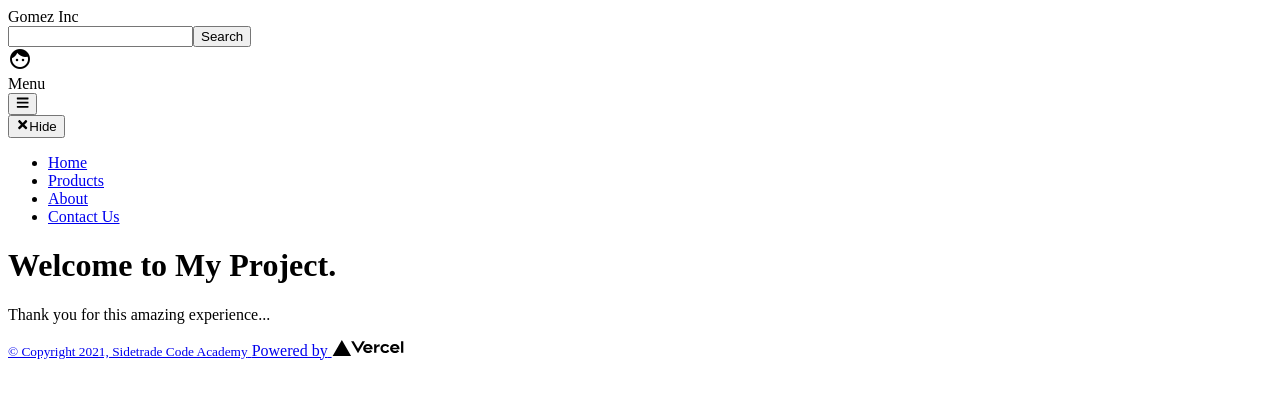
Repository: olajameze/code-academy-next-app
Page: /
An editor plug-in stored every save of this project. The page is shown before and after the next save, followed by the edit.
The browser window is 1280 px wide. The pictures show the whole page.
The page's requests for data from a server got no answer. The project was rebuilt for these pictures with package versions that can differ from the ones it lists, and the page was loaded fresh each time. The framework's server and built-in components were replaced by stand-ins that run in the browser. No one was signed in, and anything a server would have sent is missing. Also part of the build but not shown: next.config.js, components/product.tsx.

Above is the page before, as saved 2021-09-23 00:41:35.

### pages/_app.tsx
import "tailwindcss/tailwind.css";
import Head from "next/head";
import type { AppProps } from "next/app";
import React from "react";
import Layout from "../components/layout";


function MyApp({ Component, pageProps }: AppProps) {
  return (
    <>
      <Head>
        <title>Sidetrade Next Template</title>
        <meta name="description" content="Generated by create next app" />
        <link rel="icon" href="/favicon.ico" />
        <link
          href="https://fonts.googleapis.com/icon?family=Material+Icons"
          rel="stylesheet"
        />
      </Head>

      <Layout>

        <Component {...pageProps} />
      </Layout>
    </>
  );
}

export default MyApp;

### pages/index.tsx
import classNames from "classnames";
import Head from "next/head";
import Image from "next/image";
import Product from "../components/product";
import { useEffect, useState } from "react";
import { IProduct } from "../models/product";

export default function Home() {
  const [products, setProducts] = useState<IProduct[]>([]);
  useEffect(() => {
    const fetchProducts = async () => {
      const res = await (await fetch(`api/products`)).json();
      setProducts(res);
    };
    fetchProducts();
  }, []);
  return (
    <div className="min-h-screen flex flex-col justify-center items-center">
      <Head>
        <title>Sidetrade Next Template</title>
        <meta name="description" content="Generated by create next app" />
        <link rel="icon" href="/favicon.ico" />
        <link
          href="https://fonts.googleapis.com/icon?family=Material+Icons"
          rel="stylesheet"
        />
      </Head>

      <main className="py-20 flex flex-col flex-1 justify-center items-center bg-purple-300">
        <h1 className="m-0 leading-snug text-6xl text-center">
          Welcome to My Project.{" "}
          <a
            className="text-blue-600 no-underline hover:underline focus:underline"
            href="https://nextjs.org"
          >
          </a>
        </h1>

        <p className="leading-normal text-2xl text-center">
          Thank you for this amazing experience...

        </p>

        <div className="mt-10 flex flex-wrap flex-col sm:flex-row w-full justify-center items-center">
          {products.map((p, i) => (
            <Product key={p.id} {...p} />
          ))}
        </div>
      </main>

      <footer className="w-full h-24 flex justify-center items-center bg-purple-500 border-t border-solid border-gray-200 position-fixed-absolute bottom-0 sticky top-0 flex">
        <a
          className="flex flex-1 justify-center items-center"
          href="https://vercel.com?utm_source=create-next-app&utm_medium=default-template&utm_campaign=create-next-app"
          target="_blank"
          rel="noopener noreferrer"
        >
          <small>&copy; Copyright 2021, Sidetrade Code Academy</small>{" "}

          Powered by{" "}

          <span className="h-4 ml-2">
            <Image src="/vercel.svg" alt="Vercel Logo" width={72} height={16} />
          </span>
        </a>
      </footer>
    </div>
  );
}

### components/layout.tsx
import Header from "./header";
import Navbar from "./sidebar";
import footer from "./footer";
const Layout: React.FC = ({ children }) => {
  return (
    <div className="flex flex-col min-h-screen">
      <Header />
      <div className="flex">
        <Navbar />
        <div className="flex">
          <footer />
          <div className="items-center justify-center">
            {children}
          </div>
        </div>
      </div>
    </div>
  );
};

export default Layout;

### components/header.tsx
import React from "react";

const Header: React.FC = ({ children }) => {
  return (
    <header
      className="h-20 px-10 text-bold bg-purple-600 opacity-0.5 text-white w-full text-center sticky top-0 flex items-center justify-between"
    >
      <span>Gomez Inc</span>

      <form>
        <input className="text-gray-600 focus-within:text-gray-600 rounded-full border border-transparent focus:outline-none focus:ring-2 focus:ring-purple-600 focus:border-transparent ..." />

        <button className="rounded-full border-4 border-opacity-50 border-indigo-500 br-opacity-50 bg-blue-400 hover:bg-purple-700 focus:outline-none focus:ring-2 focus:ring-purple-600 focus:ring-opacity-50 ...">
          Search
        </button>
      </form>

      <div className="h-10 w-10 bg-white rounded-full flex items-center justify-center text-blue-600 ">
        <span className="material-icons items-center">face</span>
      </div>

    </header>

  );
};

export default Header;

### components/sidebar.tsx

import React from 'react';
import { useState } from 'react';
import * as FaIcons from "react-icons/fa"

// import {
//     Nav,
//     NavLink,
//     Bars,
//     NavMenu,
//     NavBtn,
//     NavBtnLink,
// } from './NavbarElements';

//the behavour on the lhs of the colon is the the active behavour. line 27
//the term on the right is the default standard behavour.

const Navbar = () => {

    const [sidebar, setSidebar] = useState(false);

    const showSidebar = () => setSidebar(!sidebar);
    return (
        <div className="">



            <div className={sidebar ? 'active transform translate-x-0' : 'transform -translate-x-0'}>
                <div className="flex  space-x=8">
                    <div className="bg-purple-400 w-40 max-h-screen flex flex-col">
                        <div className="transition transform hover:-translate-y-1 motion-reduce:transition-none flex cursor-pointer rounded-full py-3 px-6 border-double border-4 border-blue-500 border-opacity-45 bg-red-500-opacity-75 hover:bg-blue-700 focus:outline-none focus:ring-2">
                            <div>
                                Menu
                            </div>

                            <button>
                                <FaIcons.FaBars onClick={showSidebar} />
                            </button>
                        </div>


                        <div className="transition transform hover:-translate-y-1 motion-reduce:transition-none flex cursor-pointer rounded-full py-3 px-6 border-double border-4 border-blue-500 border-opacity-45 bg-red-500-opacity-75 hover:bg-blue-700 focus:out</div>line-none focus:ring-2">
                            <button>
                                <FaIcons.FaTimes onClick={() => setShow(false)} />Hide
                            </button>
                        </div>

                        <div className="font-normal md:font-bold rounded-md bg-red-500-opacity-75 border-solid border-4 border-blue-500 border-opacity-25 hover:bg-purple-500 text-center truncate text-white no-underline hover:underline">
                            <ul>
                                <li><a href="#home">Home</a></li>
                                <li><a href="#products">Products</a></li>
                                <li><a href="#about">About</a></li>
                                <li><a href="#contact">Contact Us</a></li>
                            </ul>
                        </div>
                    </div>
                </div>
            </div>
        </div>

    );
};

export default Navbar;

function setShow(arg0: boolean): void {
    throw new Error('Function not implemented.');
}

After the next save:
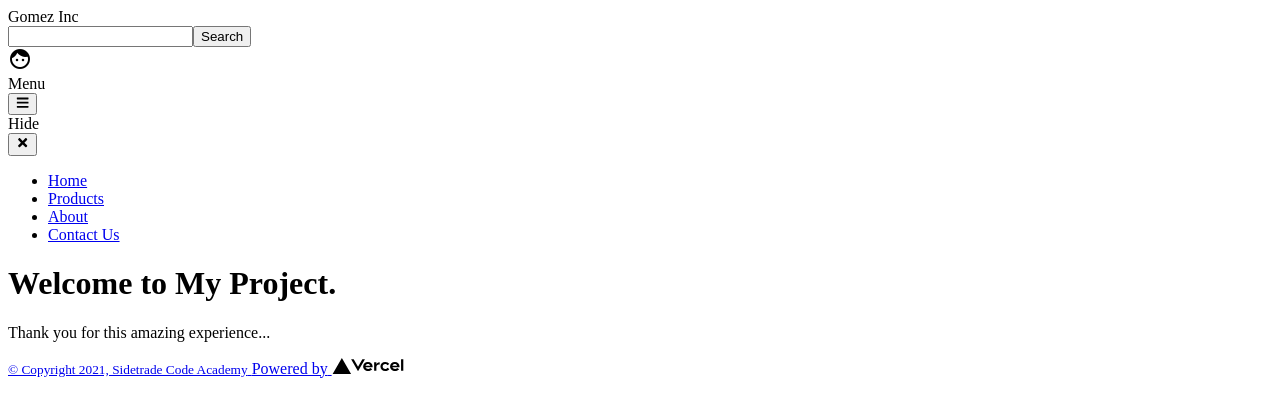
Saved 61 s later.
--- a/components/sidebar.tsx
+++ b/components/sidebar.tsx
@@ -40,8 +40,13 @@ const Navbar = () => {
 
 
                         <div className="transition transform hover:-translate-y-1 motion-reduce:transition-none flex cursor-pointer rounded-full py-3 px-6 border-double border-4 border-blue-500 border-opacity-45 bg-red-500-opacity-75 hover:bg-blue-700 focus:out</div>line-none focus:ring-2">
+
+                            <div>
+                                Hide
+                            </div>
+
                             <button>
-                                <FaIcons.FaTimes onClick={() => setShow(false)} />Hide
+                                <FaIcons.FaTimes onClick={() => setShow(false)} />
                             </button>
                         </div>
 
